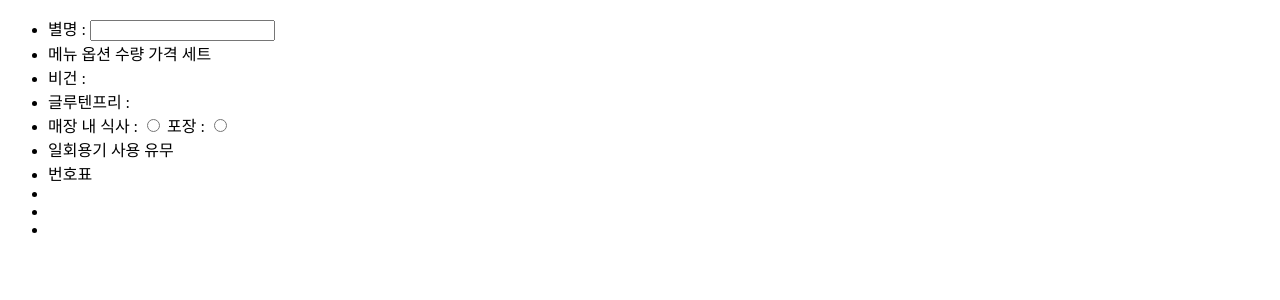
Repository: 1018lmh-hub/java_dynamic
Page: MyFirstWebProject/src/main/webapp/views/burger_request_get.html
An editor plug-in stored every save of this project. The page is shown before and after the next save, followed by the edit.
The browser window is 1280 px wide. The pictures show the whole page.

Above is the page before, as saved 2026-05-04 08:43:06.

### MyFirstWebProject/src/main/webapp/views/burger_request_get.html
<!DOCTYPE html>
<html>
<head>
<meta charset="UTF-8">
<title>버거</title>
</head>
<body>

	<form method = "get" action="http://localhost:8088/first/second.do">
		<ul>
			<li>
				별명 : <input type = "text" name = "name"/>
			</li>
			<li>
				메뉴 옵션 수량 가격 세트
			</li>
			<li>
				비건 :
			</li>
			<li>
				글루텐프리 :
			</li>
			<li>
				매장 내 식사 : <input type="radio" name = "order" value= "매장"/>
				포장 : <input type="radio" name = "order" value="포장"/>
			</li>
			<li>
				일회용기 사용 유무
			</li>
			<li>
				번호표
			</li>
			<li>

			</li>
			<li>

			</li>
			<li>

			</li>


		</ul>

	</form>



</body>
</html>

After the next save:
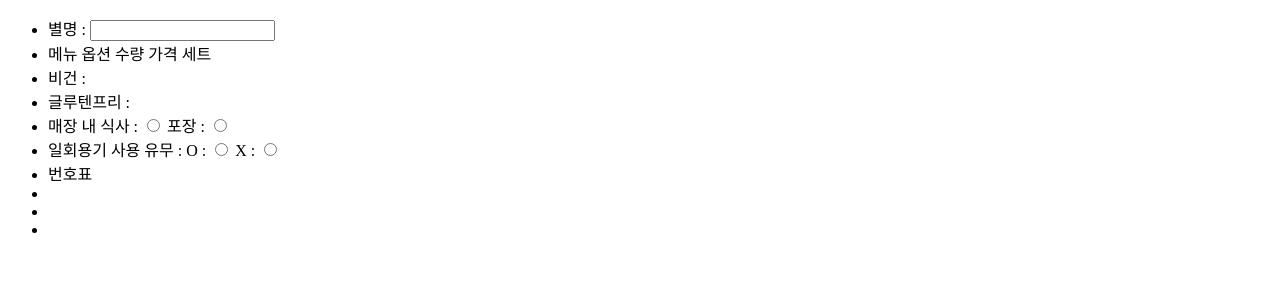
Saved 2 min 4 s later.
--- a/MyFirstWebProject/src/main/webapp/views/burger_request_get.html
+++ b/MyFirstWebProject/src/main/webapp/views/burger_request_get.html
@@ -25,7 +25,9 @@
 				포장 : <input type="radio" name = "order" value="포장"/>
 			</li>
 			<li>
-				일회용기 사용 유무
+				일회용기 사용 유무 :
+				O : <input type="radio" name = "singleUse" value="O"/>
+				X : <input type="radio" name = "singleUse" value="X"/>
 			</li>
 			<li>
 				번호표
